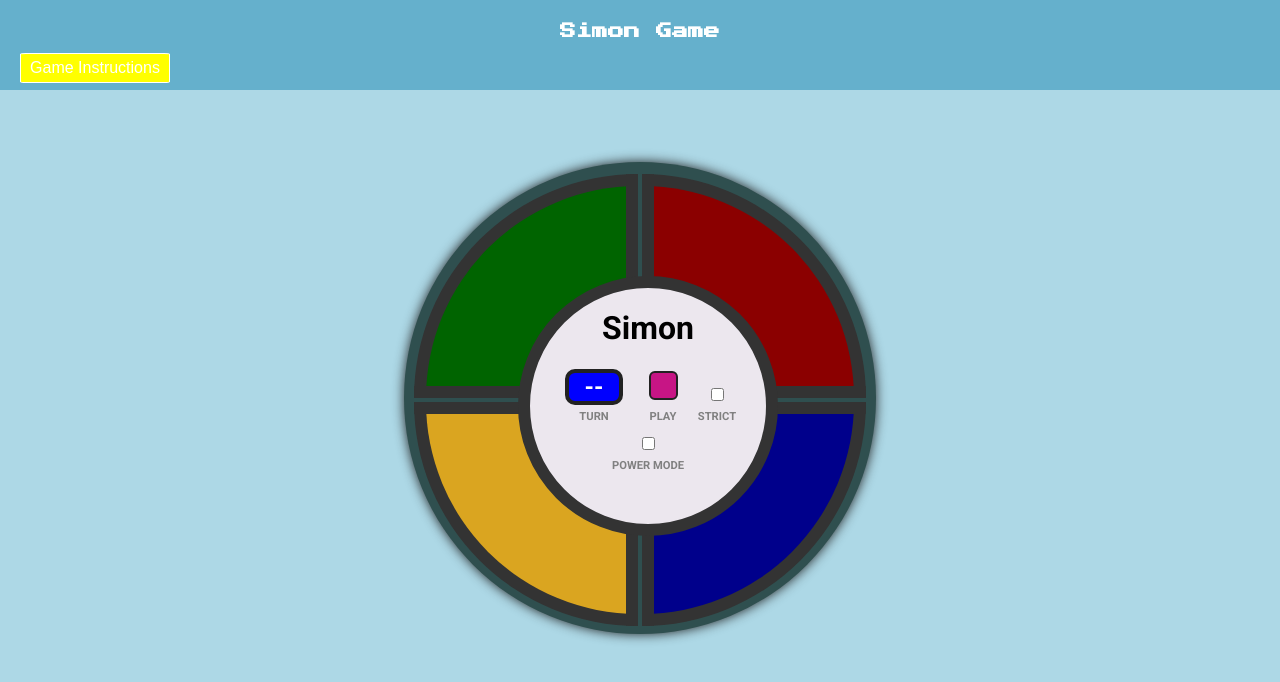
Repository: bbarbara19/memorygame
Page: index.html
The author's editor kept a record of every edit. The page is drawn from the files as they stood at one moment, then again after the next edit.
The browser window is 1280 px wide. The pictures show the whole page.
The pointer rests on the first visible `.btn-GameHelp`.

Above is the page before.

After the next edit:
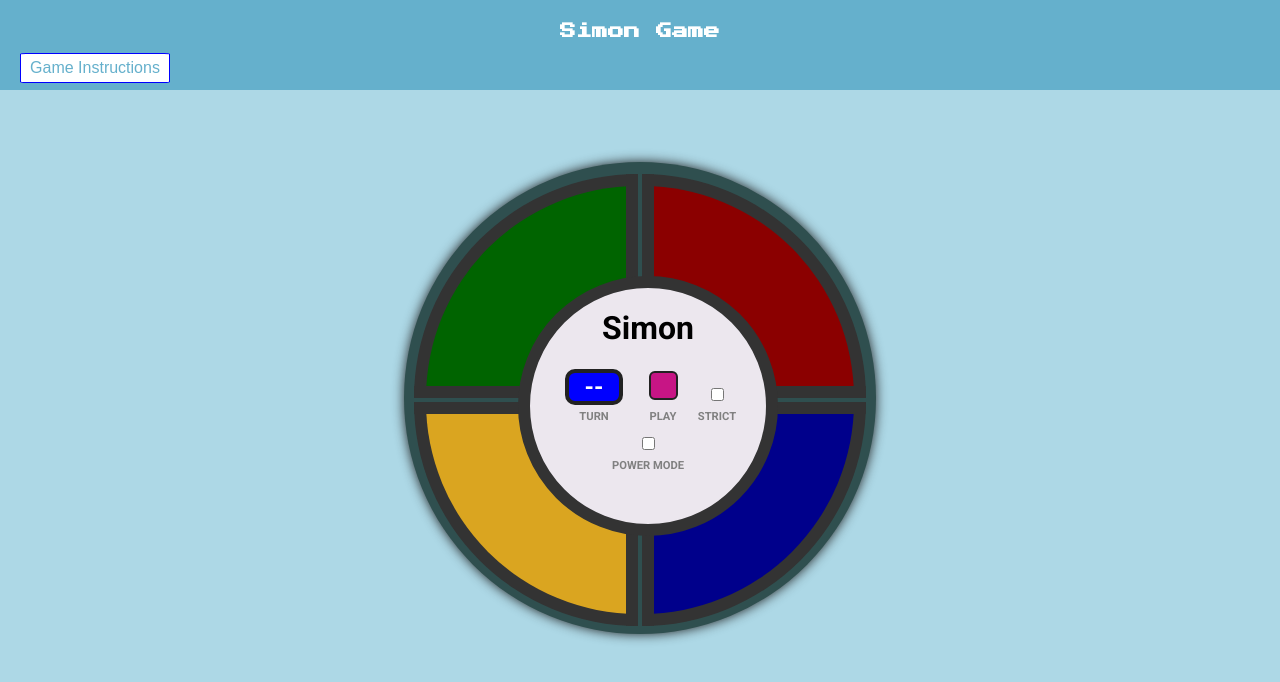
The edit:
--- a/style.css
+++ b/style.css
@@ -27,7 +27,9 @@
 }
 
 .btn-GameHelp:hover {
-  background-color: yellow;
+  background-color: white;
+  color:#65b0cc;
+  border: solid 1px blue;
 }
 
 
